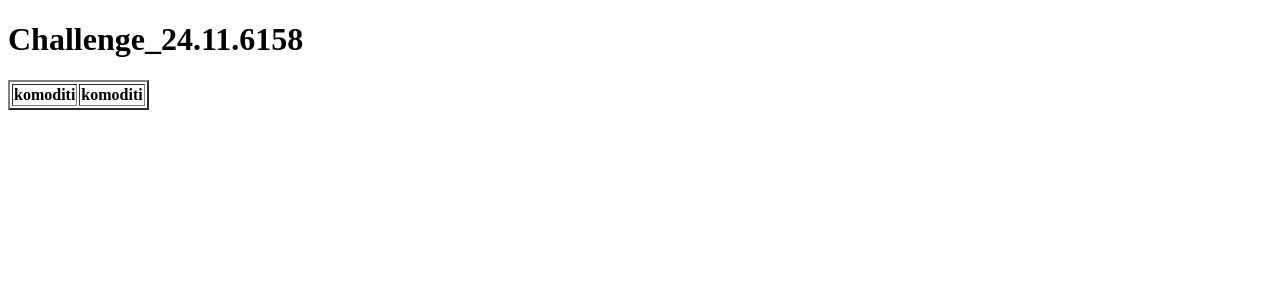
Repository: RoyyanSuryanto/Challenge_24116158
Page: Pertemuan 4/Challenge_24116158.html
The author's editor kept a copy of each file at every save. The page is drawn from the files as they stood at one save, then again after the next save.
The browser window is 1280 px wide. The pictures show the whole page.

Above is the page before, as saved 2026-04-20 09:34:45.

After the next save:
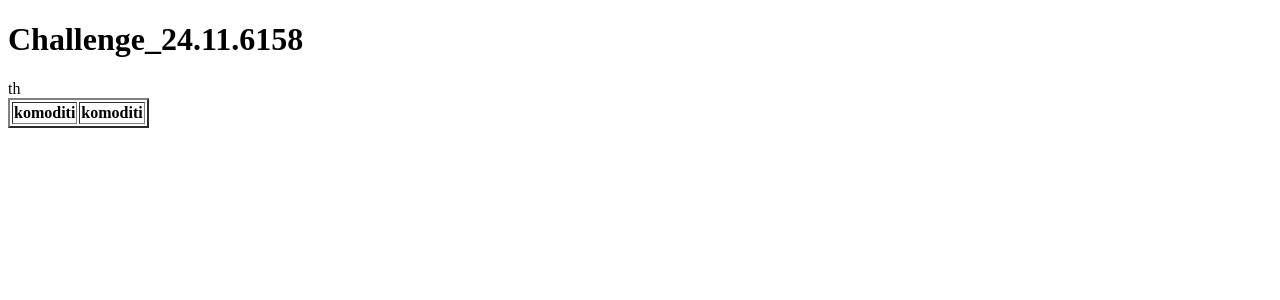
Saved 11 s later.
--- a/Pertemuan 4/Challenge_24116158.html
+++ b/Pertemuan 4/Challenge_24116158.html
@@ -17,7 +17,7 @@
         </tr>
 
         <tr>
-
+            th
         </tr>
     </table>
 </body>
